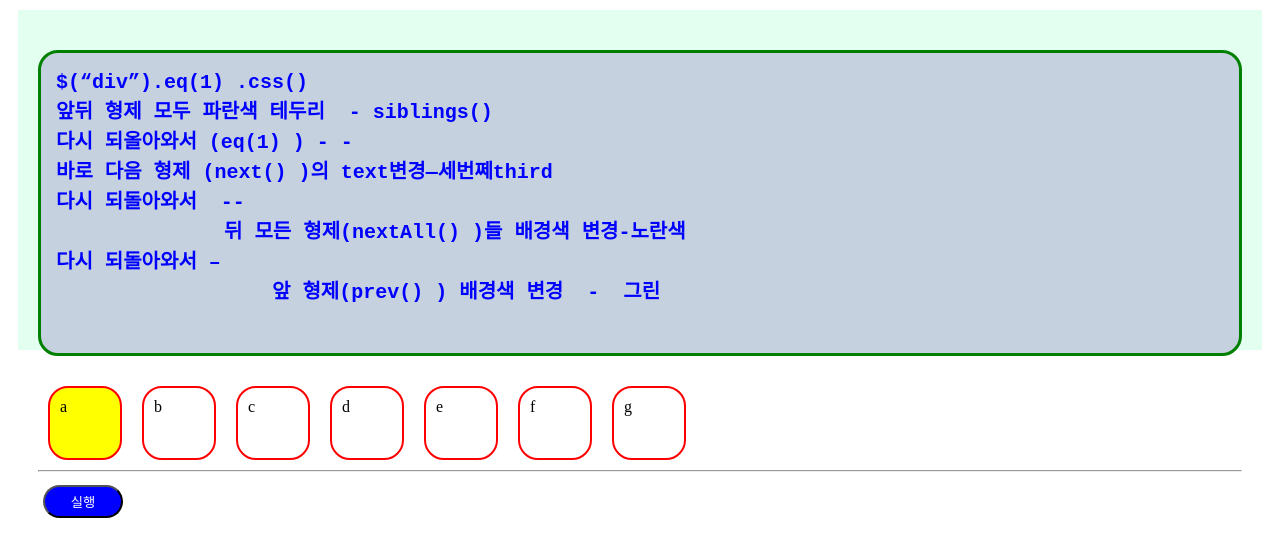
Repository: ypyp0205/jquery
Page: jqpro/WebContent/0214/sivlings_end.html
An editor plug-in stored every save of this project. The page is shown before and after the next save, followed by the edit.
The browser window is 1280 px wide. The pictures show the whole page.
After loading, the first visible `#btn1` was clicked once.

Above is the page before, as saved 2020-02-14 01:31:06.

### jqpro/WebContent/0214/sivlings_end.html
<!DOCTYPE html>
<html>
<head>
<meta charset="UTF-8">
<title>Insert title here</title>
<link rel="stylesheet" href="../CSS/mystyle.css">
<script src="../js/jquery-3.4.1.min.js" type="text/javascript"></script>

<script type="text/javascript">
	$(function(){

		$('#btn1').click(function(){
		/* $('.box div').siblings('div').css('border', '2px solid red')
									 .css('background', 'yellow');
		$('.box div').eq(1).css('border', '2px solid green')
						   .eq(2).next().css('background', 'yellow');

		$('.box div').eq(0).css('background', 'green'); */

			$('.box div').siblings('div').css('border', '2px solid red')
			 		.eq(0).css('background', 'yellow')
			 		.eq(1).nextAll().css('background', 'yellow');



		})



	})
</script>
<style type="text/css">

.box{
	height: 300px;
}

.box div {
	width: 50px;
	height: 50px;
	border: 2px solid blue;
	float: left;
}
hr {
	clear: both;
}
</style>
</head>
<body>

	<div class="box">

		<h2></h2>

		<pre>
$(“div”).eq(1) .css()
앞뒤 형제 모두 파란색 테두리  - siblings()
다시 되올아와서 (eq(1) ) - -
바로 다음 형제 (next() )의 text변경—세번쩨third
다시 되돌아와서  --
              뒤 모든 형제(nextAll() )들 배경색 변경-노란색
다시 되돌아와서 –
                  앞 형제(prev() ) 배경색 변경  -  그린
		</pre>



		<div>a</div>
		<div>b</div>
		<div>c</div>
		<div>d</div>
		<div>e</div>
		<div class="orange">f</div>
		<div>g</div>


		<hr>
		<button type="button" id="btn1">실행</button>




	</div>
</body>
</html>

### jqpro/WebContent/CSS/mystyle.css
@CHARSET "UTF-8";

pre {
	height: auto;
	background: #efffef;
	border: 3px solid green;
	font-size: 20px;
	padding: 10px;
	border-radius: 20px;
}

.box {
	background: #e3ffef;
	margin: 10px;
	height: auto;
	padding: 20px;
}

.box div {
	border: 3px dotted green;
	height: auto;
	margin: 10px;
	padding: 10px;
	border-radius: 20px;
}

.box button {
	color: white;
	background: blue;
	padding: 5px;
	margin: 5px;
	width: 80px;
	border-radius: 40px;
}

.box pre {
	padding: 15px;
	color: blue;
	background: rgb(197, 209, 222);
	line-height: 1.5em;
	font-weight: bold;
	}

Loaded but not shown: jqpro/WebContent/js/jquery-3.4.1.min.js (library)

After the next save:
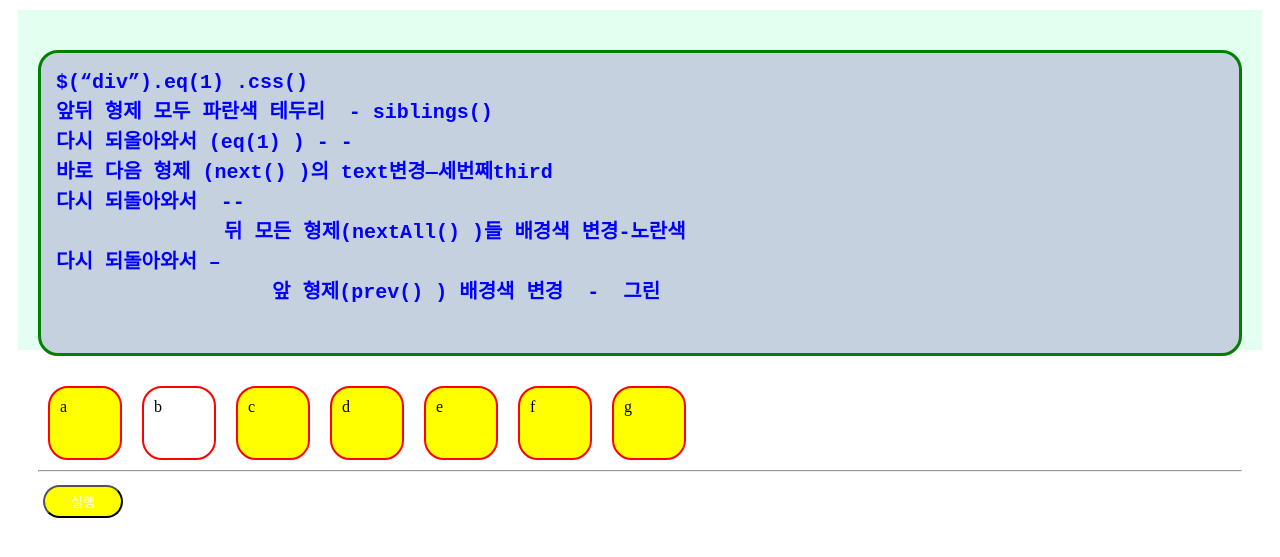
Saved 17 s later.
--- a/jqpro/WebContent/0214/sivlings_end.html
+++ b/jqpro/WebContent/0214/sivlings_end.html
@@ -19,7 +19,7 @@
 
 			$('.box div').siblings('div').css('border', '2px solid red')
 			 		.eq(0).css('background', 'yellow')
-			 		.eq(1).nextAll().css('background', 'yellow');
+			 		.end().eq(1).nextAll().css('background', 'yellow');
 
 
 
